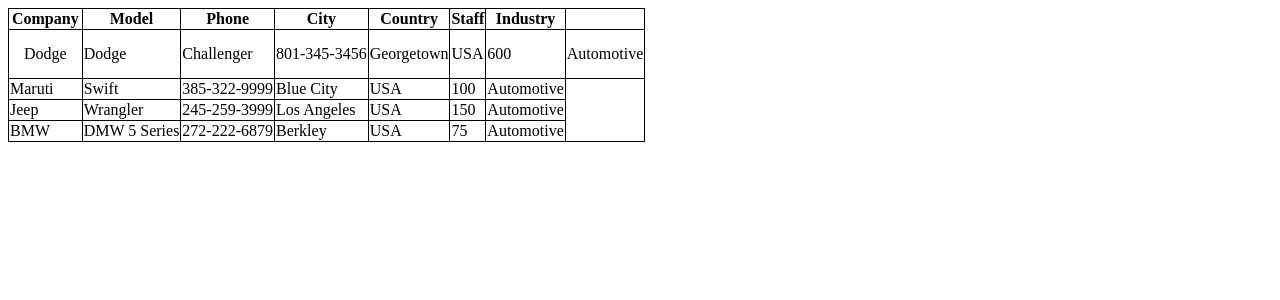
Repository: vgoins-RA2022/HTML-2
Page: index.html
The author's editor kept a copy of each file at every save. The page is drawn from the files as they stood at one save, then again after a run of saves.
The browser window is 1280 px wide. The pictures show the whole page.

Above is the page before, as saved 2023-01-21 22:21:45.

After the next 3 saves:
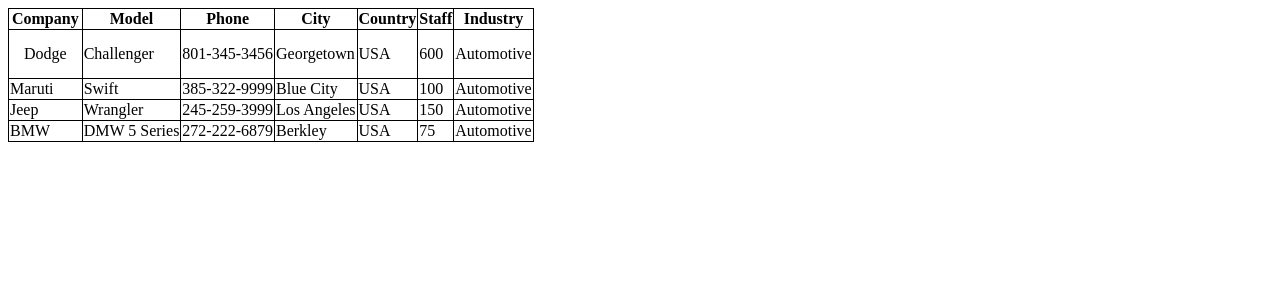
The 3 saves are shown as one change because they came seconds apart.
The last was saved 15 s later.
--- a/index.html
+++ b/index.html
@@ -27,7 +27,7 @@
       <tr>
         <!--Beginning table data  -->
         <td class="table-cell-padding">Dodge</td>
-        <td>Dodge</td>
+
         <td>Challenger</td>
         <td>801-345-3456</td>
         <td>Georgetown</td>

After the save that followed:
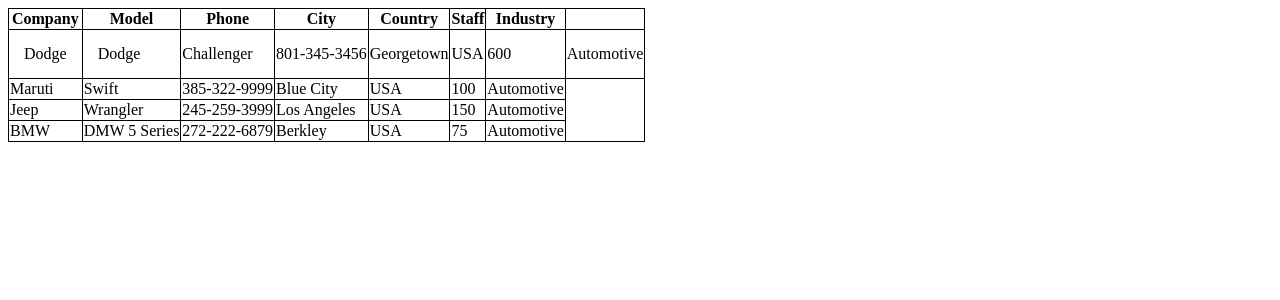
Saved 12 s later.
--- a/index.html
+++ b/index.html
@@ -27,7 +27,7 @@
       <tr>
         <!--Beginning table data  -->
         <td class="table-cell-padding">Dodge</td>
-
+        <td class="table-cell-padding">Dodge</td>
         <td>Challenger</td>
         <td>801-345-3456</td>
         <td>Georgetown</td>
